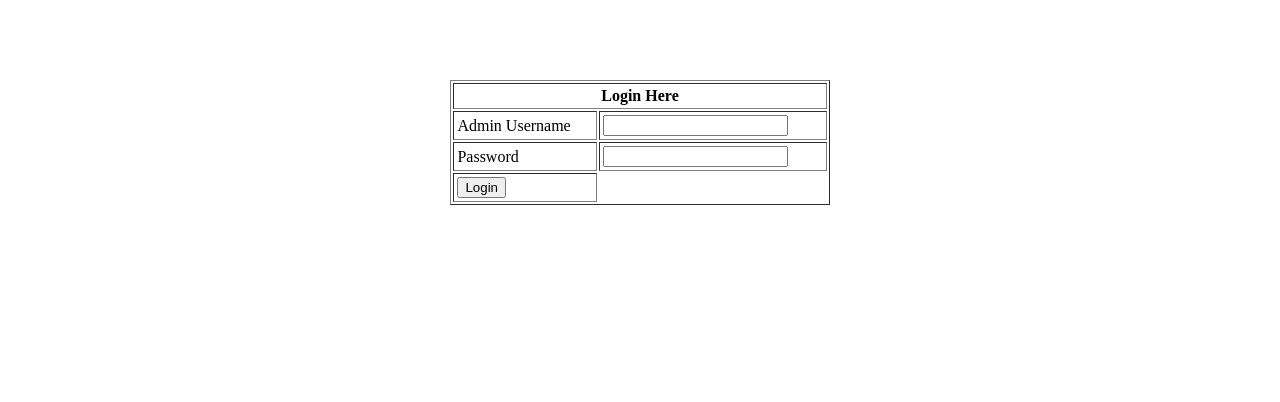
Repository: ameena017/bank-app
Page: http://localhost/banking-app/login.jsp
An editor plug-in stored every save of this project. The page is shown before and after the next save, followed by the edit.
The browser window is 1280 px wide. The pictures show the whole page.
The page is served by Tomcat 9. Nobody is signed in. The application's start-up code is not run. Other server files are loaded and not shown.

Above is the page before, as saved 2017-09-19 05:48:58.

### banking-app/WebContent/login.jsp

<%@page contentType="text/html" pageEncoding="UTF-8"%>
<!DOCTYPE html>
<html>
    <head>
        <meta http-equiv="Content-Type" content="text/html; charset=UTF-8">
        <title>Welcome to United Bank</title>
    </head>
    <body>
    </br>
    </br>
    </br>

        <form method="post" action="login">
            <center>
            <table border="1" width="30%" cellpadding="3">
                <thead>
                    <tr>
                        <th colspan="2">Login Here</th>
                    </tr>
                </thead>
                <tbody>
                    <tr>
                        <td>Admin Username</td>
                        <td><input type="text" name="acc_no" value="" /></td>
                    </tr>
                    <tr>
                        <td>Password</td>
                        <td><input type="password" name="password" value="" /></td>
                    </tr>
                    <tr>
                      &nbsp; <td><input type="submit" value="Login" /></td>
                       <!--  <td><input type="reset" value="Reset" /></td> -->
                    </tr>

                </tbody>
            </table>
            </center>
        </form>
    </body>
</html>

After the next save:
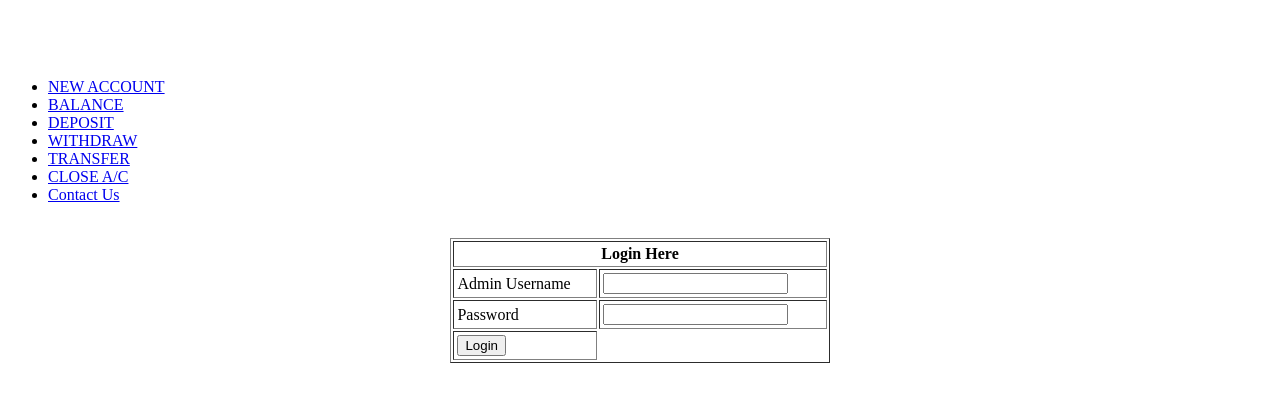
Saved 3 min 1 s later.
--- a/banking-app/WebContent/login.jsp
+++ b/banking-app/WebContent/login.jsp
@@ -12,6 +12,18 @@
     </br>
 
         <form method="post" action="login">
+
+        <div id="navigation">
+    <ul>
+    <li><a href="create.html">NEW ACCOUNT</a></li>
+    <li><a href="balance1.jsp">BALANCE</a></li>
+    <li><a href="deposit1.jsp">DEPOSIT</a></li>
+    <li><a href="withdraw1.jsp">WITHDRAW</a></li>
+    <li><a href="transfer1.jsp">TRANSFER</a></li>
+    <li><a href="closeac1.jsp">CLOSE A/C</a></li>
+    <li><a href="about.jsp">Contact Us</a></li>
+    </ul>
+</div>
             <center>
             <table border="1" width="30%" cellpadding="3">
                 <thead>
